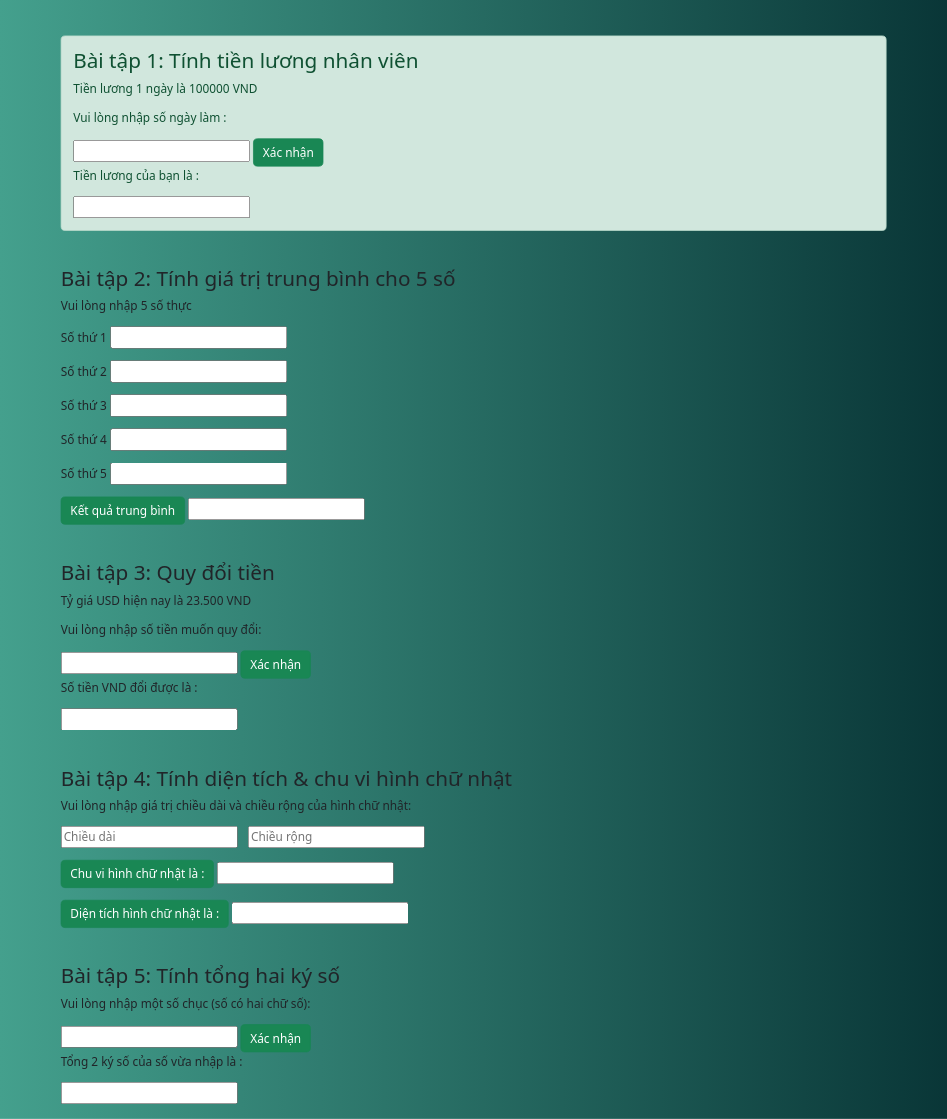
Repository: hcozyph/TranHuuPhuoc_BC43_BT_JS_Buoi2
Page: index.html
An editor plug-in stored every save of this project. The page is shown before and after the next save, followed by the edit.
The browser window is 1280 px wide. The pictures show the whole page, at 74% of full size.

Above is the page before, as saved 2023-02-03 20:27:37.

### index.html
<!DOCTYPE html>
<html lang="en">
    <head>
        <title>BT JS - Buoi 1</title>
        <!-- Required meta tags -->
        <meta charset="utf-8" />
        <meta
            name="viewport"
            content="width=device-width, initial-scale=1, shrink-to-fit=no"
        />

        <!-- font-family -->
        <link
            href="//fonts.googleapis.com/css2?family=Pacifico&amp;display=swap"
            rel="stylesheet"
        />
        <link
            href="//fonts.googleapis.com/css2?family=Quicksand:wght@300;400;500;600;700&amp;display=swap"
            rel="stylesheet"
        />

        <!-- Bootstrap CSS v5.2.1 -->
        <link
            href="https://cdn.jsdelivr.net/npm/bootstrap@5.2.1/dist/css/bootstrap.min.css"
            rel="stylesheet"
            integrity="sha384-iYQeCzEYFbKjA/T2uDLTpkwGzCiq6soy8tYaI1GyVh/UjpbCx/TYkiZhlZB6+fzT"
            crossorigin="anonymous"
        />

        <!-- FontAwesome 6.2.0 CSS -->
        <link
            rel="stylesheet"
            href="https://cdnjs.cloudflare.com/ajax/libs/font-awesome/6.2.0/css/all.min.css"
            integrity="sha512-xh6O/CkQoPOWDdYTDqeRdPCVd1SpvCA9XXcUnZS2FmJNp1coAFzvtCN9BmamE+4aHK8yyUHUSCcJHgXloTyT2A=="
            crossorigin="anonymous"
            referrerpolicy="no-referrer"
        />

        <!-- index.css -->
        <link rel="stylesheet" href="./style/index.css" />
    </head>

    <body>
        <div class="btvn pt-5">
            <!-- BT1 -->
            <div class="container">
                <!-- BT-1 -->
                <div class="BT1 alert alert-success">
                    <h1 class="fs-3">Bài tập 1: Tính tiền lương nhân viên</h1>
                    <p>Tiền lương 1 ngày là 100000 VND</p>
                    <p>Vui lòng nhập số ngày làm :</p>
                    <input type="number" id="soNgayLam" />
                    <button
                        class="btn btn-success"
                        id="btnXacNhan"
                        onclick="inputSoNgayLam()"
                    >
                        Xác nhận
                    </button>
                    <p>Tiền lương của bạn là :</p>
                    <input type="text" id="result" />
                </div>

                <!-- BT2 -->
                <div class="BT2">
                    <h1 class="fs-3 mt-5">
                        Bài tập 2: Tính giá trị trung bình cho 5 số
                    </h1>
                    <p>Vui lòng nhập 5 số thực</p>

                    <p>Số thứ 1 <input type="number" id="n1" /></p>
                    <p>Số thứ 2 <input type="number" id="n2" /></p>
                    <p>Số thứ 3 <input type="number" id="n3" /></p>
                    <p>Số thứ 4 <input type="number" id="n4" /></p>
                    <p>Số thứ 5 <input type="number" id="n5" /></p>

                    <button
                        class="btn btn-success"
                        id="btnAverage"
                        onclick="average()"
                    >
                        Kết quả trung bình
                    </button>
                    <input type="text" id="average" />
                </div>

                <!-- BT3 -->
                <div class="BT3">
                    <h1 class="fs-3 mt-5">Bài tập 3: Quy đổi tiền</h1>
                    <p>Tỷ giá USD hiện nay là 23.500 VND</p>
                    <p>Vui lòng nhập số tiền muốn quy đổi:</p>

                    <input type="number" id="inputUsd" />
                    <button
                        class="btn btn-success"
                        id="btnTradeMoney"
                        onclick="tradeMoney ()"
                    >
                        Xác nhận
                    </button>

                    <p>Số tiền VND đổi được là :</p>
                    <input type="text" id="tradeMoney" />
                </div>

                <!-- BT4 -->
                <div class="BT4">
                    <h1 class="fs-3 mt-5">
                        Bài tập 4: Tính diện tích & chu vi hình chữ nhật
                    </h1>
                    <p>
                        Vui lòng nhập giá trị chiều dài và chiều rộng của hình
                        chữ nhật:
                    </p>

                    <input type="number" id="length" placeholder="Chiều dài" />
                    <input
                        style="margin-left: 10px"
                        type="number"
                        id="width"
                        placeholder="Chiều rộng"
                    />

                    <div class="chuVi mt-3">
                        <button class="btn btn-success" onclick="chuVi()">
                            Chu vi hình chữ nhật là :
                        </button>
                        <input type="number" id="chuVi" />
                    </div>

                    <div class="dienTich mt-3">
                        <button class="btn btn-success" onclick="dienTich()">
                            Diện tích hình chữ nhật là :
                        </button>
                        <input type="number" id="dienTich" />
                    </div>
                </div>

                <!-- BT5 -->
                <div class="BT5">
                    <h1 class="fs-3 mt-5">Bài tập 5: Tính tổng hai ký số</h1>
                    <p>Vui lòng nhập một số chục (số có hai chữ số):</p>
                    <input type="number" id="inputSoChuc" />
                    <button class="btn btn-success" onclick="tong2KySo()">
                        Xác nhận
                    </button>
                    <p>Tổng 2 ký số của số vừa nhập là :</p>
                    <input type="number" id="tong2KySo" />
                </div>
            </div>
        </div>

        <!-- Bootstrap JavaScript Libraries -->
        <script
            src="https://cdn.jsdelivr.net/npm/@popperjs/core@2.11.6/dist/umd/popper.min.js"
            integrity="sha384-oBqDVmMz9ATKxIep9tiCxS/Z9fNfEXiDAYTujMAeBAsjFuCZSmKbSSUnQlmh/jp3"
            crossorigin="anonymous"
        ></script>

        <script
            src="https://cdn.jsdelivr.net/npm/bootstrap@5.2.1/dist/js/bootstrap.min.js"
            integrity="sha384-7VPbUDkoPSGFnVtYi0QogXtr74QeVeeIs99Qfg5YCF+TidwNdjvaKZX19NZ/e6oz"
            crossorigin="anonymous"
        ></script>

        <!-- js customize -->
        <script src="./index.js"></script>
    </body>
</html>

### style/index.css
.btvn {
    background: linear-gradient(to right, rgb(68, 160, 141), rgb(9, 54, 55));
    background-repeat: no-repeat;
    background-size: cover;
    margin: 0 auto;
    padding: 20px 20px;
}

### index.js
//BT1: Tính tiền lương nhân viên
function inputSoNgayLam () {
    //input:
    var soNgayLam = document.getElementById('soNgayLam').value;
    const luongMotNgay = 100000;

    //output:
    var result = 0;

    //progress
    var result = parseInt(soNgayLam) * parseInt(luongMotNgay);

    document.getElementById('result').value = result.toLocaleString() + ' VND';
}

//BT2: Tính trung bình cộng 5 số
function average () {
    //input:
    var n1 = document.getElementById('n1').value;
    var n2 = document.getElementById('n2').value;
    var n3 = document.getElementById('n3').value;
    var n4 = document.getElementById('n4').value;
    var n5 = document.getElementById('n5').value;
    //output:
    var average = 0;
    const soLuongInput = 5;

    //progress
    var sum = parseFloat(n1) + parseFloat(n2) + parseFloat(n3) + parseFloat(n4) + parseFloat(n5);

    var average =  sum / parseFloat(soLuongInput) ;

    document.getElementById('average').value = average;
}

//BT3: Quy đổi tiền
function tradeMoney () {
    //input
    var inputUsd = document.getElementById('inputUsd').value;
    const tyGia = 23500;

    //output
    var tradeMoney = 0;

    //progress
    var tradeMoney = parseInt(inputUsd) * parseInt(tyGia);
    document.getElementById('tradeMoney').value = tradeMoney.toLocaleString() + ' VND';
}

//BT4: Tính chu vi & diện tích hình chữ nhật
function chuVi () {
    // input
    var length = document.getElementById('length').value;
    var width = document.getElementById('width').value;

    //output
    var chuVi = ( parseInt(length) + parseInt(width) ) * 2;

    //progress
    document.getElementById('chuVi').value = chuVi.toLocaleString();
}


function dienTich () {
    // input
    var length = document.getElementById('length').value;
    var width = document.getElementById('width').value;

    //output
    var dienTich = parseInt(length) * parseInt(width) ;

    //progress
    document.getElementById('dienTich').value = dienTich.toLocaleString();
}


//BT5: Tính tổng hai ký số
function tong2KySo () {
    //input
    var inputSoChuc = document.getElementById('inputSoChuc').value;
    var hangChuc = 0;
    var hangDonVi = 0;

    //output
    var tong2KySo = 0;

    //progress
    var hangChuc = Math.floor(Number(inputSoChuc)/10)
    var hangDonVi = Math.floor(Number(inputSoChuc)%10)
    var tong2KySo = parseInt(hangChuc) + parseInt(hangDonVi);

    document.getElementById('tong2KySo').value = tong2KySo;
}
/*
Link vercel:
https://tran-huu-phuoc-bc-43-bt-js-buoi1.vercel.app/
*/

After the next save:
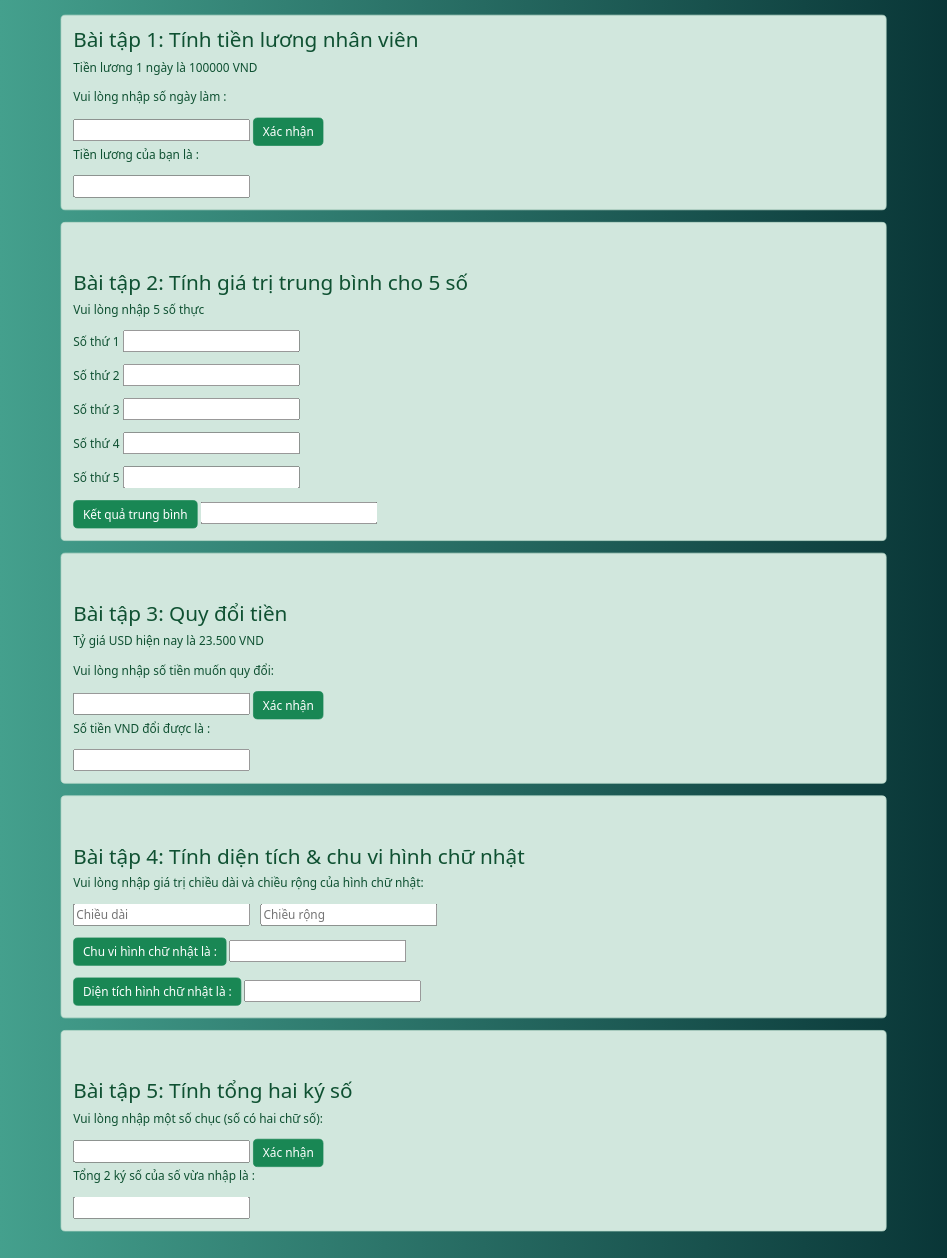
Saved 84 s later.
--- a/index.html
+++ b/index.html
@@ -41,7 +41,7 @@
     </head>
 
     <body>
-        <div class="btvn pt-5">
+        <div class="btvn">
             <!-- BT1 -->
             <div class="container">
                 <!-- BT-1 -->
@@ -62,7 +62,7 @@
                 </div>
 
                 <!-- BT2 -->
-                <div class="BT2">
+                <div class="BT2 alert alert-success">
                     <h1 class="fs-3 mt-5">
                         Bài tập 2: Tính giá trị trung bình cho 5 số
                     </h1>
@@ -85,7 +85,7 @@
                 </div>
 
                 <!-- BT3 -->
-                <div class="BT3">
+                <div class="BT3 alert alert-success">
                     <h1 class="fs-3 mt-5">Bài tập 3: Quy đổi tiền</h1>
                     <p>Tỷ giá USD hiện nay là 23.500 VND</p>
                     <p>Vui lòng nhập số tiền muốn quy đổi:</p>
@@ -104,7 +104,7 @@
                 </div>
 
                 <!-- BT4 -->
-                <div class="BT4">
+                <div class="BT4 alert alert-success">
                     <h1 class="fs-3 mt-5">
                         Bài tập 4: Tính diện tích & chu vi hình chữ nhật
                     </h1>
@@ -137,7 +137,7 @@
                 </div>
 
                 <!-- BT5 -->
-                <div class="BT5">
+                <div class="BT5 alert alert-success">
                     <h1 class="fs-3 mt-5">Bài tập 5: Tính tổng hai ký số</h1>
                     <p>Vui lòng nhập một số chục (số có hai chữ số):</p>
                     <input type="number" id="inputSoChuc" />
